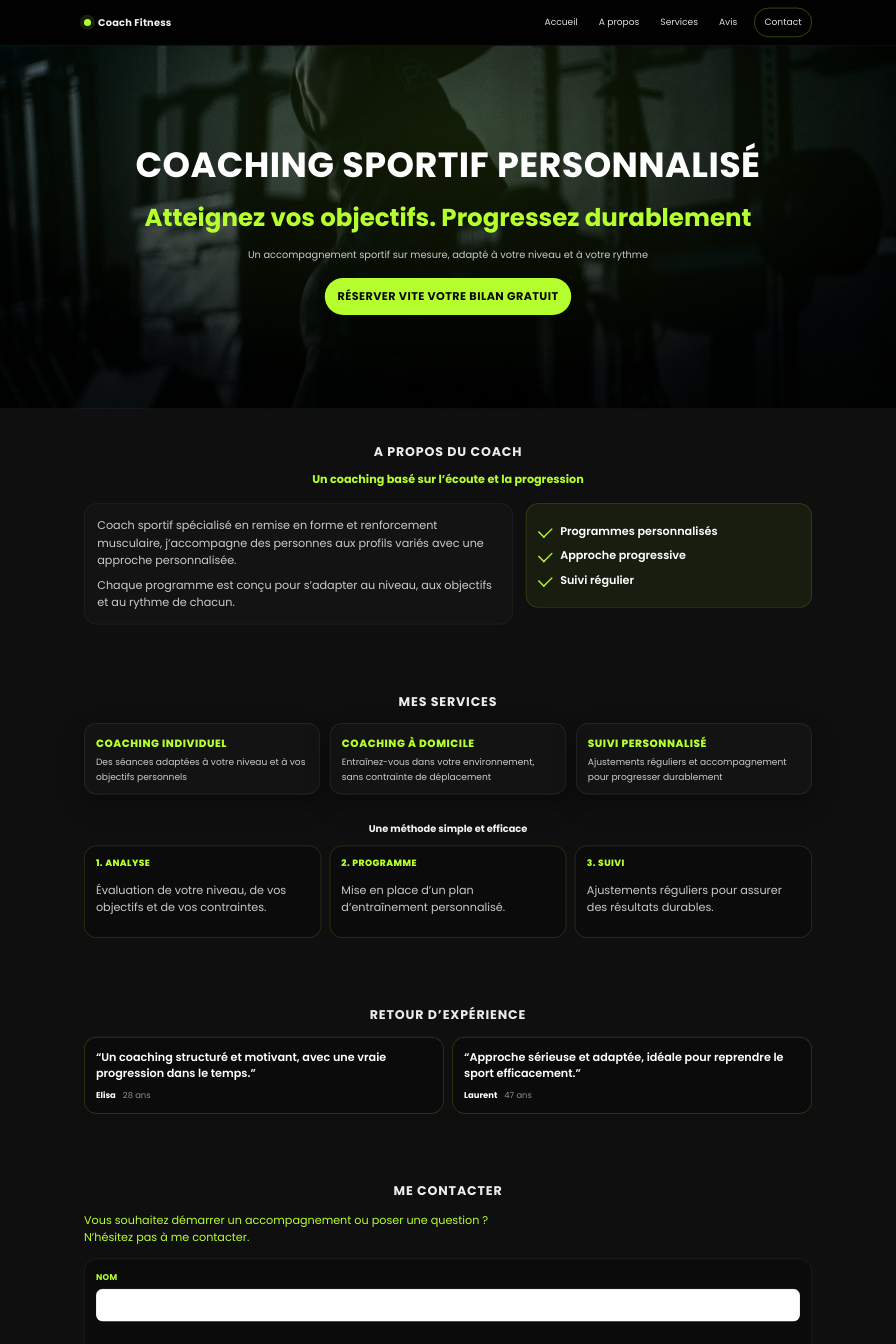
Repository: ThomasHdrd/CoachFitness
Page: index.html
The author's editor kept a copy of each file at every save. The page is drawn from the files as they stood at one save, then again after a run of saves.
The browser window is 1280 px wide. The pictures show the part of the page from y = 0 to 1920 px (the page is 2987 px tall), at 70% of full size.

Above is the page before, as saved 2026-01-20 21:54:15.

### index.html
<!doctype html>
<html lang="fr">
<head>
  <meta charset="utf-8" />
  <meta name="viewport" content="width=device-width, initial-scale=1" />
  <title>Coach Fitness — Landing Page</title>

  <!-- Poppins -->
  <link rel="preconnect" href="https://fonts.googleapis.com">
  <link rel="preconnect" href="https://fonts.gstatic.com" crossorigin>
  <link href="https://fonts.googleapis.com/css2?family=Poppins:wght@300;400;500;600;700;800&display=swap" rel="stylesheet">

  <link rel="stylesheet" href="styles.css" />
</head>
<body>
  <!-- Header -->
  <header class="site-header" id="top">
    <div class="container header-inner">
      <a class="brand" href="#top" aria-label="Retour en haut">
        <span class="brand-dot" aria-hidden="true"></span>
        <span class="brand-text">Coach Fitness</span>
      </a>

      <button class="nav-toggle" aria-controls="site-nav" aria-expanded="false">
        <span class="sr-only">Ouvrir le menu</span>
        <span class="burger" aria-hidden="true"></span>
      </button>

      <nav class="site-nav" id="site-nav" aria-label="Navigation principale">
        <a class="nav-link" href="#accueil">Accueil</a>
        <a class="nav-link" href="#apropos">A propos</a>
        <a class="nav-link" href="#services">Services</a>
        <a class="nav-link" href="#avis">Avis</a>
        <a class="nav-link nav-cta" href="#contact">Contact</a>
      </nav>
    </div>
  </header>

  <main>
    <!-- HERO -->
    <section class="hero" id="accueil">
      <div class="hero-overlay" aria-hidden="true"></div>
      <div class="container hero-content">
        <p class="hero-kicker">Coaching sportif personnalisé</p>
        <h1 class="hero-title accent">Atteignez vos objectifs. Progressez durablement</h1>
        <p class="hero-subtitle">
          Un accompagnement sportif sur mesure, adapté à votre niveau et à votre rythme
        </p>
        <a class="btn btn-primary" href="#contact">RÉSERVER VITE VOTRE BILAN GRATUIT</a>
      </div>
    </section>

    <!-- A PROPOS -->
    <section class="section" id="apropos">
      <div class="container">
        <h2 class="section-title">A PROPOS DU COACH</h2>
        <h3 class="section-lead accent">Un coaching basé sur l’écoute et la progression</h3>

        <div class="about-grid">
          <div class="about-text">
            <p class="muted">
              Coach sportif spécialisé en remise en forme et renforcement musculaire, j’accompagne des personnes aux profils variés
              avec une approche personnalisée.
            </p>
            <p class="muted">
              Chaque programme est conçu pour s’adapter au niveau, aux objectifs et au rythme de chacun.
            </p>
          </div>

          <ul class="checks">
            <li>Programmes personnalisés</li>
            <li>Approche progressive</li>
            <li>Suivi régulier</li>
          </ul>
        </div>
      </div>
    </section>

    <!-- SERVICES -->
    <section class="section" id="services">
      <div class="container">
        <h2 class="section-title">MES SERVICES</h2>

        <div class="cards">
          <article class="card">
            <h3 class="card-title accent">COACHING INDIVIDUEL</h3>
            <p class="card-text">Des séances adaptées à votre niveau et à vos objectifs personnels</p>
          </article>

          <article class="card">
            <h3 class="card-title accent">COACHING À DOMICILE</h3>
            <p class="card-text">Entraînez-vous dans votre environnement, sans contrainte de déplacement</p>
          </article>

          <article class="card">
            <h3 class="card-title accent">SUIVI PERSONNALISÉ</h3>
            <p class="card-text">Ajustements réguliers et accompagnement pour progresser durablement</p>
          </article>
        </div>

        <div class="method">
          <h3 class="method-title">Une méthode simple et efficace</h3>

          <div class="method-steps">
            <div class="step">
              <div class="step-num accent">1. ANALYSE</div>
              <p class="muted">Évaluation de votre niveau, de vos objectifs et de vos contraintes.</p>
            </div>
            <div class="step">
              <div class="step-num accent">2. PROGRAMME</div>
              <p class="muted">Mise en place d’un plan d’entraînement personnalisé.</p>
            </div>
            <div class="step">
              <div class="step-num accent">3. SUIVI</div>
              <p class="muted">Ajustements réguliers pour assurer des résultats durables.</p>
            </div>
          </div>
        </div>
      </div>
    </section>

    <!-- AVIS -->
    <section class="section" id="avis">
      <div class="container">
        <h2 class="section-title">RETOUR D’EXPÉRIENCE</h2>

        <div class="testimonials">
          <figure class="testimonial">
            <blockquote>
              “Un coaching structuré et motivant, avec une vraie progression dans le temps.”
            </blockquote>
            <figcaption>
              <span class="name">Elisa</span>
              <span class="meta">28 ans</span>
            </figcaption>
          </figure>

          <figure class="testimonial">
            <blockquote>
              “Approche sérieuse et adaptée, idéale pour reprendre le sport efficacement.”
            </blockquote>
            <figcaption>
              <span class="name">Laurent</span>
              <span class="meta">47 ans</span>
            </figcaption>
          </figure>
        </div>
      </div>
    </section>

    <!-- CONTACT -->
    <section class="section" id="contact">
      <div class="container">
        <h2 class="section-title">ME CONTACTER</h2>
        <p class="contact-lead accent">
          Vous souhaitez démarrer un accompagnement ou poser une question ?<br />
          N’hésitez pas à me contacter.
        </p>

        <form class="form" id="contactForm" novalidate>
          <div class="field">
            <label for="nom">Nom</label>
            <input id="nom" name="nom" type="text" autocomplete="family-name" required />
            <small class="error" data-error-for="nom"></small>
          </div>

          <div class="field">
            <label for="prenom">Prénom</label>
            <input id="prenom" name="prenom" type="text" autocomplete="given-name" required />
            <small class="error" data-error-for="prenom"></small>
          </div>

          <div class="field">
            <label for="email">Email</label>
            <input id="email" name="email" type="email" autocomplete="email" required />
            <small class="error" data-error-for="email"></small>
          </div>

          <div class="field">
            <label for="message">Message</label>
            <textarea id="message" name="message" rows="5" required></textarea>
            <small class="error" data-error-for="message"></small>
          </div>

          <button class="btn btn-primary btn-wide" type="submit">ENVOYER</button>
          <p class="form-note muted" id="formStatus" role="status" aria-live="polite"></p>
        </form>
      </div>
    </section>

    <!-- FAQ -->
    <section class="section" id="faq">
      <div class="container">
        <h2 class="section-title">QUESTIONS FRÉQUENTES</h2>

        <div class="faq">
          <details class="faq-item" open>
            <summary>À qui s’adresse le coaching ?</summary>
            <div class="faq-body muted">
              Le coaching s’adresse à toute personne souhaitant reprendre le sport, améliorer sa condition physique ou atteindre un objectif précis
              (remise en forme, renforcement musculaire, perte de poids, bien-être). Les programmes sont adaptés au niveau, au rythme et aux contraintes de chacun.
            </div>
          </details>

          <details class="faq-item">
            <summary>Faut-il déjà être sportif pour commencer ?</summary>
            <div class="faq-body muted">
              Non. Le coaching s’adapte à votre niveau actuel. La progression est construite étape par étape, avec une intensité ajustée.
            </div>
          </details>

          <details class="faq-item">
            <summary>Comment se déroule le suivi ?</summary>
            <div class="faq-body muted">
              Après une analyse de votre situation, un programme personnalisé est mis en place puis ajusté régulièrement selon vos retours et votre progression.
            </div>
          </details>

          <details class="faq-item">
            <summary>Le coaching se fait-il à domicile ou en salle ?</summary>
            <div class="faq-body muted">
              Les deux sont possibles. Le format dépend de vos préférences, de votre matériel et de vos contraintes de planning.
            </div>
          </details>

          <details class="faq-item">
            <summary>Le premier échange est-il gratuit ?</summary>
            <div class="faq-body muted">
              Oui. Le premier échange permet de comprendre votre besoin et de déterminer l’accompagnement le plus adapté, sans engagement.
            </div>
          </details>
        </div>
      </div>
    </section>
  </main>

  <!-- Footer -->
  <footer class="site-footer">
    <div class="container footer-inner">
      <p class="footer-tag muted">Coaching personnalisé • Progression durable • Bien-être</p>
      <p class="footer-copy muted">© 2026 Coach Sportif Indépendant • Tous droits réservés.</p>
    </div>
  </footer>

  <script src="app.js" defer></script>
</body>
</html>

### styles.css
:root{
  --bg: #0F0F0F;            /* demandé */
  --bar: rgba(0,0,0,.90);   /* header/footer */
  --accent: #B6FF2E;        /* demandé */
  --text: #FFFFFF;
  --muted: rgba(255,255,255,.78);
  --muted2: rgba(255,255,255,.62);
  --line: rgba(182,255,46,.38);
  --card: rgba(255,255,255,.04);
  --shadow: 0 16px 40px rgba(0,0,0,.45);
  --radius: 14px;
  --radius-lg: 18px;
  --max: 1040px;
}

*{ box-sizing: border-box; }
html{ scroll-behavior: smooth; }
body{
  margin:0;
  font-family: "Poppins", system-ui, -apple-system, Segoe UI, Roboto, Arial, sans-serif;
  background: var(--bg);
  color: var(--text);
}

.container{
  width:min(100% - 40px, var(--max));
  margin-inline:auto;
}

.sr-only{
  position:absolute;
  width:1px;height:1px;
  padding:0;margin:-1px;
  overflow:hidden;clip:rect(0,0,0,0);
  white-space:nowrap;border:0;
}

/* Header */
.site-header{
  position: sticky;
  top: 0;
  z-index: 50;
  background: var(--bar);
  backdrop-filter: blur(8px);
  border-bottom: 1px solid rgba(255,255,255,.06);
}

.header-inner{
  height: 64px;
  display:flex;
  align-items:center;
  justify-content:space-between;
  gap: 14px;
}

.brand{
  display:flex;
  align-items:center;
  gap:10px;
  text-decoration:none;
  color: var(--text);
  font-weight: 700;
  letter-spacing:.3px;
}
.brand-dot{
  width:10px;height:10px;
  border-radius:999px;
  background: var(--accent);
  box-shadow: 0 0 0 6px rgba(182,255,46,.12);
}
.brand-text{ font-size: 14px; opacity:.95; }

.site-nav{
  display:flex;
  align-items:center;
  gap: 18px;
}
.nav-link{
  color: var(--text);
  text-decoration:none;
  font-size: 13px;
  opacity: .88;
  transition: opacity .2s ease, color .2s ease;
  padding: 10px 6px;
}
.nav-link:hover{ opacity:1; color: var(--accent); }

.nav-cta{
  border: 1px solid rgba(182,255,46,.45);
  border-radius: 999px;
  padding: 10px 14px;
}
.nav-cta:hover{
  background: rgba(182,255,46,.10);
}

/* Mobile nav */
.nav-toggle{
  display:none;
  border:0;
  background: transparent;
  color: var(--text);
  padding: 10px;
  border-radius: 10px;
}
.nav-toggle:hover{ background: rgba(255,255,255,.06); }
.burger{
  width: 22px; height: 2px;
  display:block;
  background: var(--text);
  position: relative;
}
.burger::before,.burger::after{
  content:"";
  position:absolute;
  left:0;
  width:22px;height:2px;
  background: var(--text);
}
.burger::before{ top:-7px; }
.burger::after{ top:7px; }

/* Hero */
.hero{
  position: relative;
  min-height: 72vh;
  display:flex;
  align-items:center;
  padding: 52px 0;
  background:
    linear-gradient(180deg, rgba(0,0,0,.55), rgba(0,0,0,.88)),
    url("assets/hero.jpg") center/cover no-repeat;
}
.hero-overlay{
  position:absolute;
  inset:0;
  background: radial-gradient(1200px 600px at 50% 25%, rgba(182,255,46,.10), transparent 60%);
  pointer-events:none;
}
.hero-content{
  position:relative;
  text-align:center;
}
.hero-kicker{
  margin:0 0 10px;
  font-size: 50px;
  letter-spacing: .6px;
  text-transform: uppercase;
  font-weight: bold;
}
.hero-title{
  margin: 0 auto;
  font-size: 35px;
}
.hero-title .accent{
  display:block;
  color: var(--accent);
  font-weight: 800;
  text-transform:none;
  margin-top: 8px;
}
.hero-subtitle{
  margin: 16px auto 22px;
  color: var(--muted);
  font-size: 14px;
  line-height: 1.55;
}

/* Buttons */
.btn{
  display:inline-flex;
  align-items:center;
  justify-content:center;
  gap:10px;
  text-decoration:none;
  border: 0;
  cursor:pointer;
  font-weight: 700;
  letter-spacing: .6px;
  text-transform: uppercase;
  border-radius: 999px;
  padding: 14px 18px;
  box-shadow: var(--shadow);
}
.btn-primary{
  background: var(--accent);
  color: #0A0A0A;
}
.btn-primary:hover{ filter: brightness(.95); }
.btn-wide{ width: 100%; margin-top: 10px; }

/* Sections */
.section{
  padding: 48px 0;
}
.section-title{
  text-align:center;
  margin: 0 0 14px;
  font-size: 18px;
  letter-spacing: 1.2px;
  text-transform: uppercase;
  opacity: .92;
}
.section-lead{
  text-align:center;
  margin: 0 0 22px;
  font-size: 16px;
  font-weight: 700;
}
.accent{ color: var(--accent); }
.muted{ color: var(--muted); }
.muted2{ color: var(--muted2); }

/* About */
.about-grid{
  display:grid;
  gap: 18px;
  align-items:start;
}
.about-text{
  background: rgba(255,255,255,.02);
  border: 1px solid rgba(255,255,255,.06);
  border-radius: var(--radius-lg);
  padding: 18px;
}
.about-text p{ margin: 0 0 10px; }
.about-text p:last-child{ margin-bottom: 0; }

.checks{
  list-style:none;
  margin:0;
  padding: 16px 18px;
  border-radius: var(--radius-lg);
  border: 1px solid rgba(182,255,46,.20);
  background: rgba(182,255,46,.06);
}
.checks li{
  position: relative;
  padding-left: 30px;
  margin: 10px 0;
  font-weight: 600;
}
.checks li::before{
  content:"";
  position:absolute;
  left:0; top: 6px;
  width: 16px; height: 10px;
  border-left: 2px solid var(--accent);
  border-bottom: 2px solid var(--accent);
  transform: rotate(-45deg);
}

/* Cards */
.cards{
  display:grid;
  gap: 14px;
  margin-top: 18px;
}
.card{
  background: rgba(255,255,255,.02);
  border: 1px solid rgba(255,255,255,.10);
  border-radius: var(--radius-lg);
  padding: 16px 16px 14px;
  box-shadow: 0 14px 34px rgba(0,0,0,.35);
}
.card-title{
  margin:0 0 6px;
  font-size: 15px;
  font-weight: 800;
  text-transform: uppercase;
  letter-spacing: .8px;
}
.card-text{
  margin:0;
  color: var(--muted);
  font-size: 13px;
  line-height: 1.55;
}

/* Method */
.method{
  margin-top: 26px;
  padding-top: 12px;
}
.method-title{
  text-align:center;
  margin: 0 0 14px;
  font-size: 14px;
  font-weight: 700;
  opacity: .95;
}
.method-steps{
  display:grid;
  gap: 12px;
}
.step{
  border: 1px solid rgba(182,255,46,.18);
  background: rgba(0,0,0,.25);
  border-radius: var(--radius-lg);
  padding: 14px 16px;
}
.step-num{
  font-weight: 800;
  letter-spacing: .6px;
  text-transform: uppercase;
  font-size: 13px;
  margin-bottom: 6px;
}

/* Testimonials */
.testimonials{
  display:grid;
  gap: 12px;
  margin-top: 18px;
}
.testimonial{
  margin:0;
  border: 1px solid rgba(182,255,46,.22);
  background: rgba(0,0,0,.25);
  border-radius: var(--radius-lg);
  padding: 16px;
}
.testimonial blockquote{
  margin:0 0 10px;
  color: var(--text);
  font-weight: 600;
  line-height: 1.5;
}
.testimonial figcaption{
  display:flex;
  gap: 10px;
  align-items:baseline;
  color: var(--muted2);
  font-size: 12px;
}
.testimonial .name{ color: var(--text); font-weight: 700; }
.testimonial .meta{ opacity:.85; }

/* Form */
.form{
  margin-top: 18px;
  border-radius: var(--radius-lg);
  border: 1px solid rgba(255,255,255,.08);
  background: rgba(0,0,0,.25);
  padding: 16px;
}
.field{ margin-bottom: 12px; }
label{
  display:block;
  font-size: 12px;
  font-weight: 700;
  letter-spacing: .4px;
  margin-bottom: 8px;
  color: var(--accent);
  text-transform: uppercase;
}
input, textarea{
  width:100%;
  font-family: inherit;
  font-size: 14px;
  color: #0A0A0A;
  background: #FFFFFF;
  border: 1px solid rgba(0,0,0,.12);
  border-radius: 10px;
  padding: 12px 12px;
  outline: none;
}
textarea{ resize: vertical; min-height: 110px; }
input:focus, textarea:focus{
  box-shadow: 0 0 0 4px rgba(182,255,46,.20);
  border-color: rgba(182,255,46,.55);
}
.error{
  display:block;
  min-height: 16px;
  margin-top: 6px;
  font-size: 12px;
  color: #FF6B6B;
}
.form-note{
  margin: 10px 0 0;
  font-size: 12px;
}

/* FAQ */
.faq{
  margin-top: 18px;
  border-radius: var(--radius-lg);
  overflow:hidden;
  border: 1px solid rgba(182,255,46,.16);
  background: rgba(0,0,0,.25);
}
.faq-item{
  border-top: 1px solid rgba(182,255,46,.12);
}
.faq-item:first-child{ border-top: 0; }
.faq-item summary{
  list-style:none;
  cursor:pointer;
  padding: 14px 16px;
  font-weight: 700;
  font-size: 13px;
  position: relative;
}
.faq-item summary::-webkit-details-marker{ display:none; }
.faq-item summary::after{
  content:"+";
  position:absolute;
  right: 16px;
  top: 10px;
  width: 28px; height: 28px;
  display:grid;
  place-items:center;
  border-radius: 999px;
  color: var(--accent);
  border: 1px solid rgba(182,255,46,.28);
  background: rgba(182,255,46,.08);
}
.faq-item[open] summary::after{ content:"–"; }
.faq-body{
  padding: 0 16px 16px;
  font-size: 13px;
  line-height: 1.6;
}

/* Footer */
.site-footer{
  background: var(--bar);
  border-top: 1px solid rgba(255,255,255,.06);
  padding: 18px 0;
}
.footer-inner{
  text-align:center;
  display:grid;
  gap: 8px;
}
.footer-tag, .footer-copy{
  margin:0;
  font-size: 12px;
}

/* Responsive */
@media (min-width: 820px){
  .hero-content{ text-align:center; }
  .about-grid{
    grid-template-columns: 1.2fr .8fr;
    gap: 18px;
  }
  .cards{
    grid-template-columns: repeat(3, 1fr);
  }
  .method-steps{
    grid-template-columns: repeat(3, 1fr);
  }
  .testimonials{
    grid-template-columns: repeat(2, 1fr);
  }
}

/* Mobile nav behavior */
@media (max-width: 760px){
  .nav-toggle{ display:inline-flex; }
  .site-nav{
    position: fixed;
    inset: 64px 12px auto 12px;
    background: rgba(0,0,0,.95);
    border: 1px solid rgba(255,255,255,.08);
    border-radius: 16px;
    padding: 12px;
    display:none;
    flex-direction: column;
    gap: 6px;
    box-shadow: 0 18px 50px rgba(0,0,0,.6);
  }
  .site-nav.is-open{ display:flex; }
  .nav-link{ width:100%; text-align:center; padding: 12px; }
  .nav-cta{ width:100%; }
}

### app.js
// Mobile menu toggle
const toggle = document.querySelector('.nav-toggle');
const nav = document.querySelector('#site-nav');

if (toggle && nav) {
  toggle.addEventListener('click', () => {
    const isOpen = nav.classList.toggle('is-open');
    toggle.setAttribute('aria-expanded', String(isOpen));
  });

  // Close menu on link click (mobile)
  nav.querySelectorAll('a').forEach(a => {
    a.addEventListener('click', () => {
      nav.classList.remove('is-open');
      toggle.setAttribute('aria-expanded', 'false');
    });
  });

  // Close on ESC
  document.addEventListener('keydown', (e) => {
    if (e.key === 'Escape') {
      nav.classList.remove('is-open');
      toggle.setAttribute('aria-expanded', 'false');
    }
  });
}

// FAQ: allow only one open at a time (optional premium behavior)
const faqItems = document.querySelectorAll('.faq-item');
faqItems.forEach((item) => {
  item.addEventListener('toggle', () => {
    if (item.open) {
      faqItems.forEach((other) => {
        if (other !== item) other.open = false;
      });
    }
  });
});

// Contact form validation (front only, demo)
const form = document.getElementById('contactForm');
const statusEl = document.getElementById('formStatus');

function setError(name, message) {
  const el = document.querySelector(`[data-error-for="${name}"]`);
  if (el) el.textContent = message || '';
}

function isEmail(v) {
  return /^[^\s@]+@[^\s@]+\.[^\s@]+$/.test(v);
}

if (form) {
  form.addEventListener('submit', (e) => {
    e.preventDefault();

    const data = new FormData(form);
    const nom = String(data.get('nom') || '').trim();
    const prenom = String(data.get('prenom') || '').trim();
    const email = String(data.get('email') || '').trim();
    const message = String(data.get('message') || '').trim();

    let ok = true;

    setError('nom', '');
    setError('prenom', '');
    setError('email', '');
    setError('message', '');
    if (statusEl) statusEl.textContent = '';

    if (!nom) { setError('nom', 'Veuillez renseigner votre nom.'); ok = false; }
    if (!prenom) { setError('prenom', 'Veuillez renseigner votre prénom.'); ok = false; }
    if (!email || !isEmail(email)) { setError('email', 'Veuillez renseigner un email valide.'); ok = false; }
    if (!message || message.length < 10) { setError('message', 'Veuillez écrire un message (min. 10 caractères).'); ok = false; }

    if (!ok) return;

    // Demo success
    form.reset();
    if (statusEl) statusEl.textContent = "Message envoyé (démo). Je reviens vers vous au plus vite.";
  });
}

After the next 2 saves:
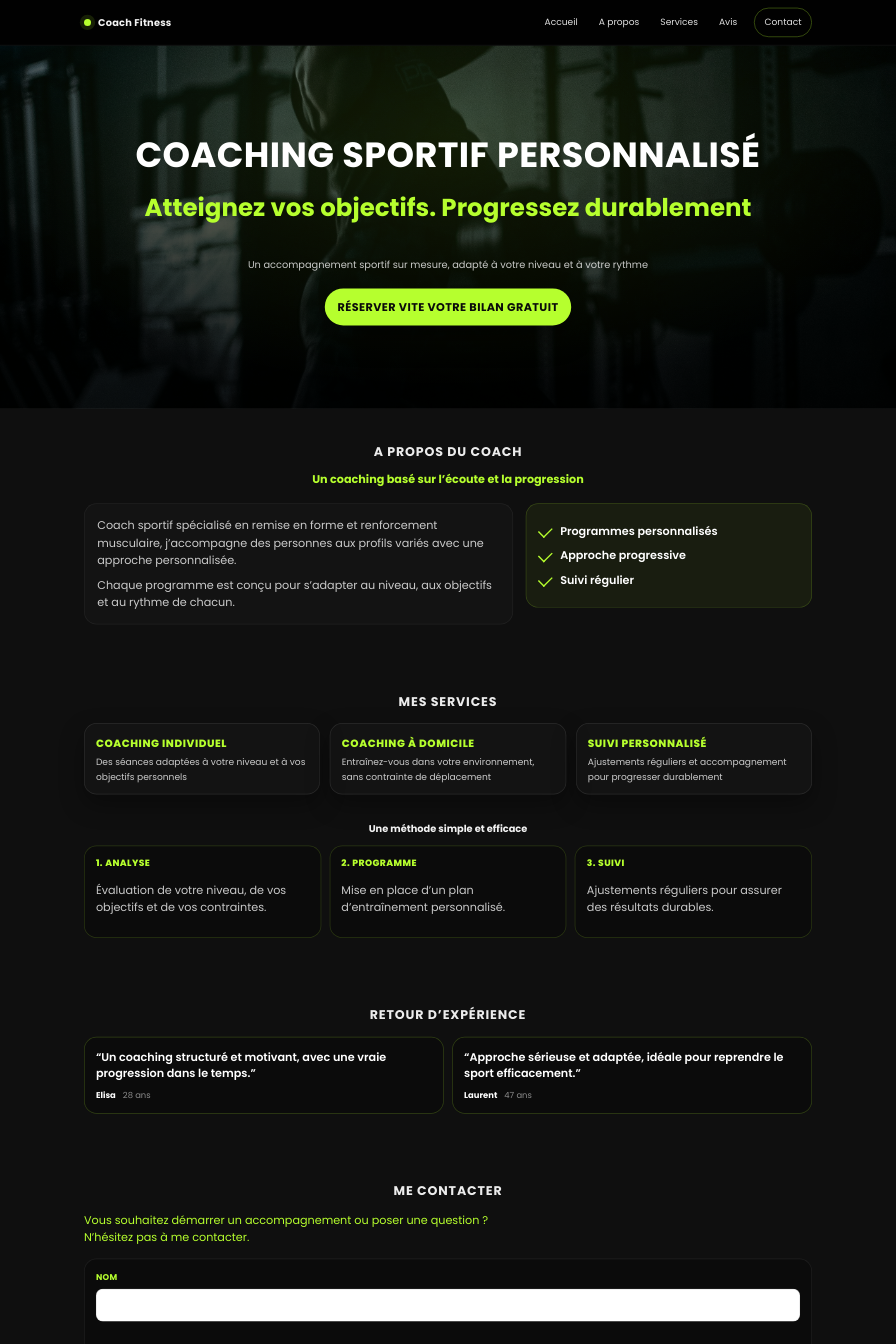
The 2 saves are shown as one change because they came seconds apart.
The last was saved 14 s later.
--- a/styles.css
+++ b/styles.css
@@ -161,6 +161,7 @@ body{
 }
 .hero-subtitle{
   margin: 16px auto 22px;
+  padding-top: 30px;
   color: var(--muted);
   font-size: 14px;
   line-height: 1.55;
